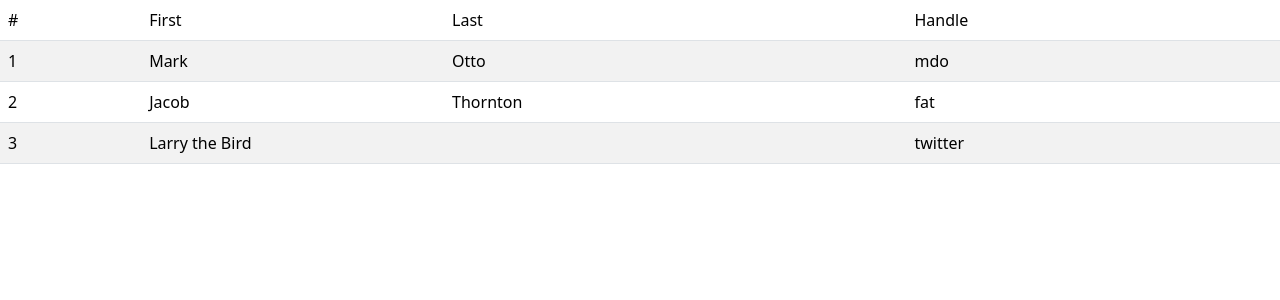
Repository: danghoanghai2k2/BeginAnguLar
Page: / (app in FirstAnGuLar/)
An editor plug-in stored every save of this project. The page is shown before and after the next save, followed by the edit.
The browser window is 1280 px wide. The pictures show the whole page.
The project was rebuilt for these pictures with package versions that can differ from the ones it lists, and the page was loaded fresh each time. Also part of the build but not shown: FirstAnGuLar/angular.json.

Above is the page before, as saved 2024-06-05 19:52:41.

After the next save:
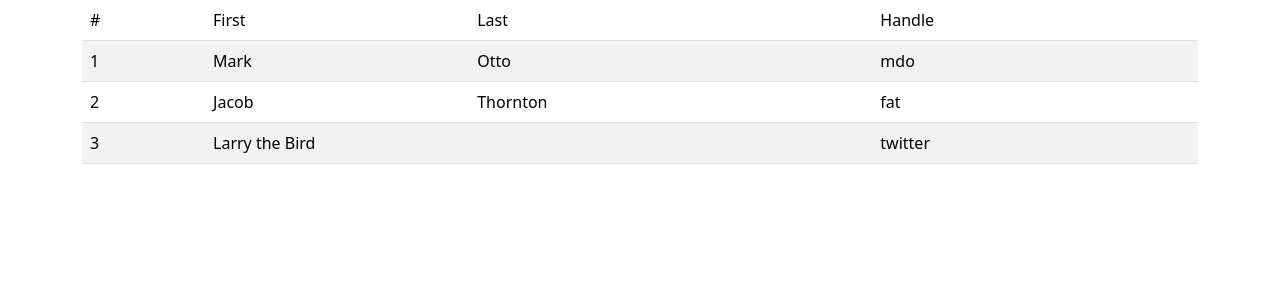
Saved 17 s later.
--- a/FirstAnGuLar/src/app/app.component.html
+++ b/FirstAnGuLar/src/app/app.component.html
@@ -1,29 +1,32 @@
-<table class="table table-striped">
-    <thead>
-      <tr>
-        <th scope="col">#</th>
-        <th scope="col">First</th>
-        <th scope="col">Last</th>
-        <th scope="col">Handle</th>
-      </tr>
-    </thead>
-    <tbody>
-      <tr>
-        <th scope="row">1</th>
-        <td>Mark</td>
-        <td>Otto</td>
-        <td>mdo</td>
-      </tr>
-      <tr>
-        <th scope="row">2</th>
-        <td>Jacob</td>
-        <td>Thornton</td>
-        <td>fat</td>
-      </tr>
-      <tr>
-        <th scope="row">3</th>
-        <td colspan="2">Larry the Bird</td>
-        <td>twitter</td>
-      </tr>
-    </tbody>
-  </table>
+<div class="container">
+    <table class="table table-striped">
+        <thead>
+          <tr>
+            <th scope="col">#</th>
+            <th scope="col">First</th>
+            <th scope="col">Last</th>
+            <th scope="col">Handle</th>
+          </tr>
+        </thead>
+        <tbody>
+          <tr>
+            <th scope="row">1</th>
+            <td>Mark</td>
+            <td>Otto</td>
+            <td>mdo</td>
+          </tr>
+          <tr>
+            <th scope="row">2</th>
+            <td>Jacob</td>
+            <td>Thornton</td>
+            <td>fat</td>
+          </tr>
+          <tr>
+            <th scope="row">3</th>
+            <td colspan="2">Larry the Bird</td>
+            <td>twitter</td>
+          </tr>
+        </tbody>
+      </table>
+
+</div>
